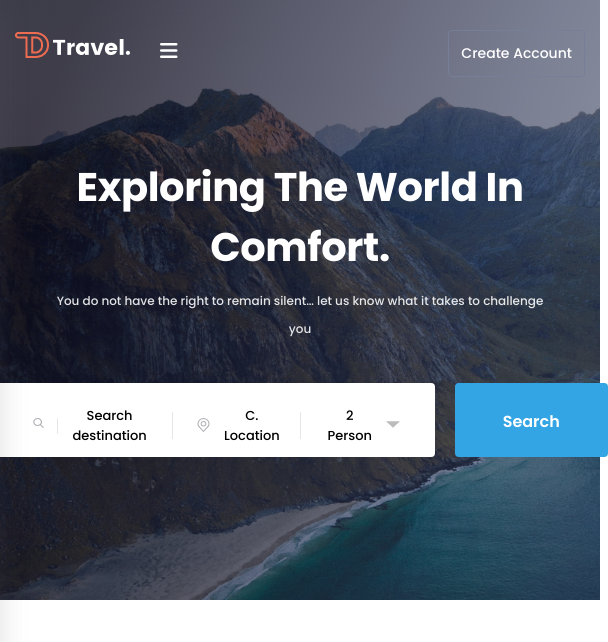
Repository: hoang0508/LandingPage-CodeTravel2
Page: index.html
An editor plug-in stored every save of this project. The page is shown before and after the next save, followed by the edit.
The browser window is 600 px wide. The page is 608 px wide, then 600 px, so the pictures cover 608 px, including what lies to the right of the window. The pictures show the whole page.
Some web libraries are served in a nearby version. The style sheet was rebuilt from its Sass, Less or Tailwind sources for each picture, by a compiler version that may differ from the author's.

Above is the page before, as saved 2022-09-16 15:02:02.

After the next save:
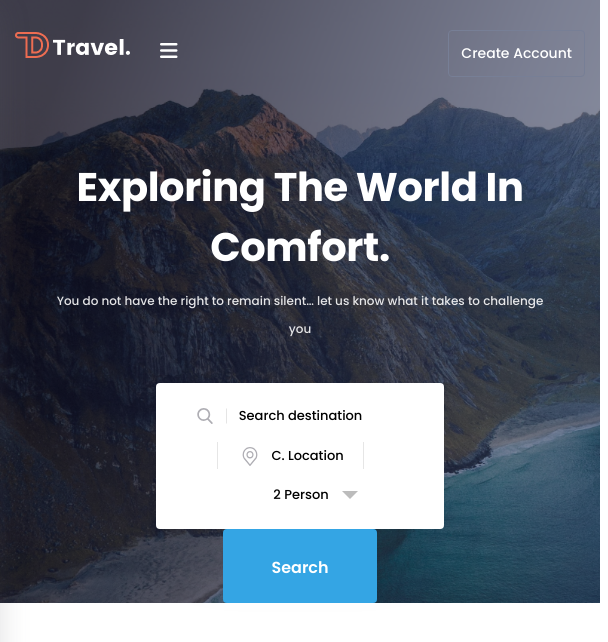
Saved 28 min 38 s later.
--- a/sass/_header.scss
+++ b/sass/_header.scss
@@ -196,6 +196,18 @@
         font-size: 12px;
         margin-bottom: 40px;
       }
+      &--form {
+        height: auto;
+      }
+    }
+    &-form {
+      flex-direction: column;
+      grid-area: 20px 0;
+    }
+    .form-down {
+      flex-direction: column;
+      align-items: center;
+      gap: 20px 0;
     }
   }
 }
